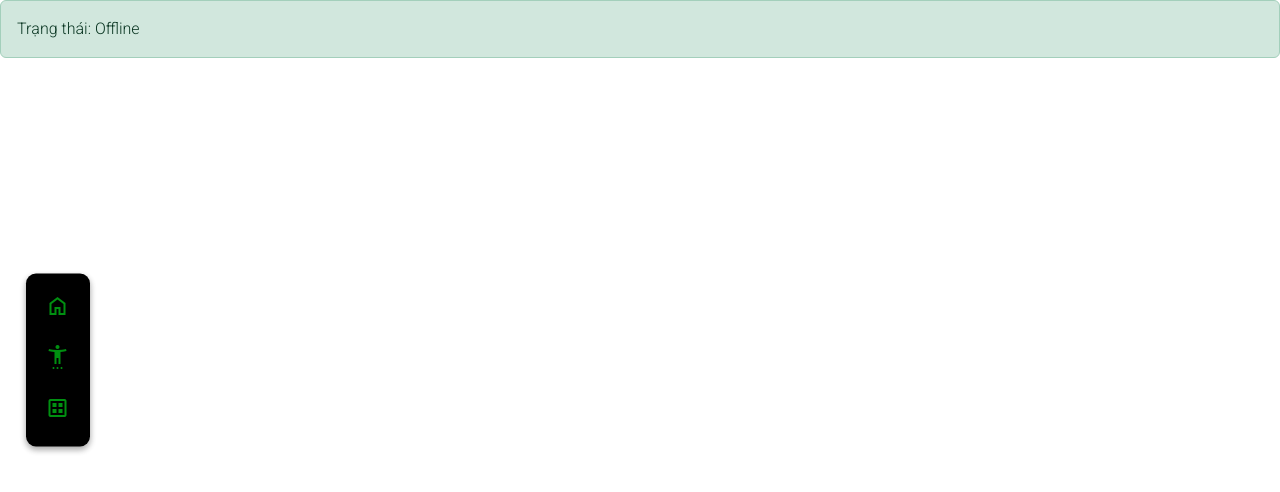
Repository: tuankiet10920/homeworkFEF
Page: /about
The author's editor kept a copy of each file at every save. The page is drawn from the files as they stood at one save, then again after the next save.
The browser window is 1280 px wide. The pictures show the whole page.
The project was rebuilt for these pictures with package versions that can differ from the ones it lists, and the page was loaded fresh each time. Also part of the build but not shown: vite.config.js, src/views/HomeView.vue. Imported but missing from the stored project, and not drawn on this page: src/assets/audio/intro.mp3.

Above is the page before, as saved 2024-10-25 23:03:16.

### index.html
<!doctype html>
<html lang="en">
  <head>
    <meta charset="UTF-8" />
    <link rel="icon" href="/favicon.ico" />
    <meta name="viewport" content="width=device-width, initial-scale=1.0" />
    <link
      href="https://cdn.jsdelivr.net/npm/bootstrap@5.3.3/dist/css/bootstrap.min.css"
      rel="stylesheet"
      integrity="sha384-QWTKZyjpPEjISv5WaRU9OFeRpok6YctnYmDr5pNlyT2bRjXh0JMhjY6hW+ALEwIH"
      crossorigin="anonymous"
    />
    <link
      rel="stylesheet"
      href="https://fonts.googleapis.com/css2?family=Material+Symbols+Outlined:opsz,wght,FILL,GRAD@20..48,100..700,0..1,-50..200"
    />
    <link rel="preconnect" href="https://fonts.googleapis.com" />
    <link rel="preconnect" href="https://fonts.gstatic.com" crossorigin />
    <link
      href="https://fonts.googleapis.com/css2?family=Roboto:ital,wght@0,100;0,300;0,400;0,500;0,700;0,900;1,100;1,300;1,400;1,500;1,700;1,900&display=swap"
      rel="stylesheet"
    />
    <title>Vite App</title>
    <link rel="stylesheet" href="./src/assets/css/main.css" />
  </head>
  <body>
    <div id="app"></div>
    <script
      src="https://cdn.jsdelivr.net/npm/bootstrap@5.3.3/dist/js/bootstrap.bundle.min.js"
      integrity="sha384-YvpcrYf0tY3lHB60NNkmXc5s9fDVZLESaAA55NDzOxhy9GkcIdslK1eN7N6jIeHz"
      crossorigin="anonymous"
    ></script>
    <script type="module" src="/src/main.js"></script>
  </body>
</html>

### src/assets/css/main.css
* {
  margin: 0;
  padding: 0;
  box-sizing: border-box;
  text-decoration: none;
  color: #000;
  font-size: 16px;
  font-family: 'Roboto', sans-serif;
  font-weight: 300;
  font-style: normal;
}

### src/App.vue
<script setup>
import { RouterLink, RouterView } from 'vue-router'
import GetSrcImage from './assets/help/getSrcImage.js'
import Icon from './components/Icon.vue'
</script>

<template>
  <header>
    <div class="wrapper">
      <nav>
        <RouterLink to="/">
          <Icon iconName="home" />
        </RouterLink>

        <RouterLink to="/about">
          <Icon iconName="settings_accessibility" />
        </RouterLink>

        <RouterLink to="/labs">
          <Icon iconName="dataset" />
        </RouterLink>
      </nav>
    </div>
  </header>
  <RouterView />
</template>

<style scoped>
.wrapper nav a {
  margin-bottom: 20px;
  width: fit-content;
  text-decoration: none;
}
.wrapper nav a span {
  color: #009011;
}
.wrapper nav a:last-child {
  margin-bottom: 0;
}
nav {
  display: flex;
  flex-direction: column;
  justify-content: center;
  position: absolute;
  top: 50%;
  left: 2%;
  transform: translateY(-50%);
  padding: 20px;
  border-radius: 10px;
  background: #000;
  box-shadow:
    rgba(0, 0, 0, 0.16) 0px 3px 6px,
    rgba(0, 0, 0, 0.23) 0px 3px 6px;
}
</style>

### src/router/index.js
import { createRouter, createWebHistory } from 'vue-router'
import HomeView from '../views/HomeView.vue'

const router = createRouter({
  history: createWebHistory(import.meta.env.BASE_URL),
  routes: [
    {
      path: '/',
      name: 'home',
      component: HomeView,
    },
    {
      path: '/about',
      name: 'about',
      // route level code-splitting
      // this generates a separate chunk (About.[hash].js) for this route
      // which is lazy-loaded when the route is visited.
      component: () => import('../views/AboutView.vue'),
    },
    {
      path: '/labs',
      name: 'labs',
      component: () => import('../views/LabView.vue'),
    }
  ],
})

export default router

### src/assets/help/getSrcImage.js
const getSrcImage = (image) => {
    let __path = 'http://localhost:5173/src/assets/img/'
    return __path + image
}
export default getSrcImage

### src/components/Icon.vue
<script setup>
const props = defineProps(['iconName'])
</script>
<template>
  <span class="material-symbols-outlined"> {{ props.iconName }} </span>
</template>
<style scoped></style>

### src/views/AboutView.vue
<script setup>
import Bai1 from '../Labs/Lab6/Bai1.vue'
</script>
<template>
  <Bai1 />
</template>

<style></style>

### src/Labs/Lab6/Bai1.vue
<template>
  <div class="alert" :class="statusClass">
    Trạng thái: {{ isOnline ? 'Online' : 'Offline' }}
  </div>
</template>
<script setup>
import { ref, onMounted, onUnmounted } from 'vue'
const isOnline = ref(false)
const statusClass = ref('alert-success')
const updateStatus = () => {
  // navigator is an object includes online property
  isOnline.value = navigator.onLine
  // update statusClass by isOnline value
  statusClass.value = isOnline.value ? 'alert-success' : 'alert-danger'
}
onMounted(() => {
  //   window.addEventListener('online', updateStatus)
  //   window.addEventListener('offline', updateStatus)
  //   updateStatus()
})
onUnmounted(() => {
  window.removeEventListener('online', updateStatus)
  window.removeEventListener('offline', updateStatus)
  console.log('unmounted hook')
})
</script>

Loaded but not shown: src/main.js (common file)

After the next save:
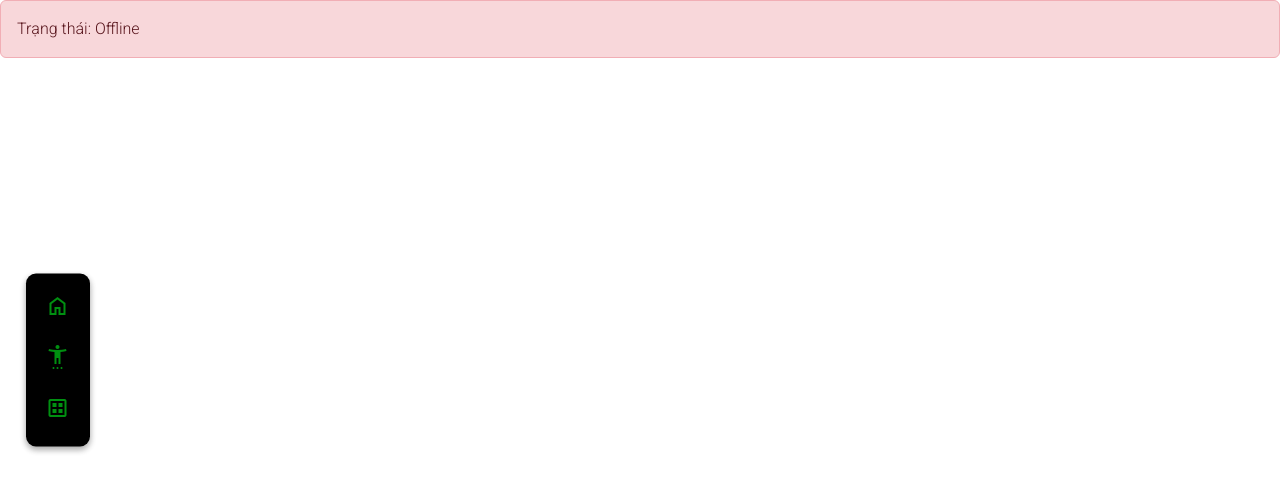
Saved 21 s later.
--- a/src/Labs/Lab6/Bai1.vue
+++ b/src/Labs/Lab6/Bai1.vue
@@ -6,7 +6,7 @@
 <script setup>
 import { ref, onMounted, onUnmounted } from 'vue'
 const isOnline = ref(false)
-const statusClass = ref('alert-success')
+const statusClass = ref('alert-danger')
 const updateStatus = () => {
   // navigator is an object includes online property
   isOnline.value = navigator.onLine

After the save that followed:
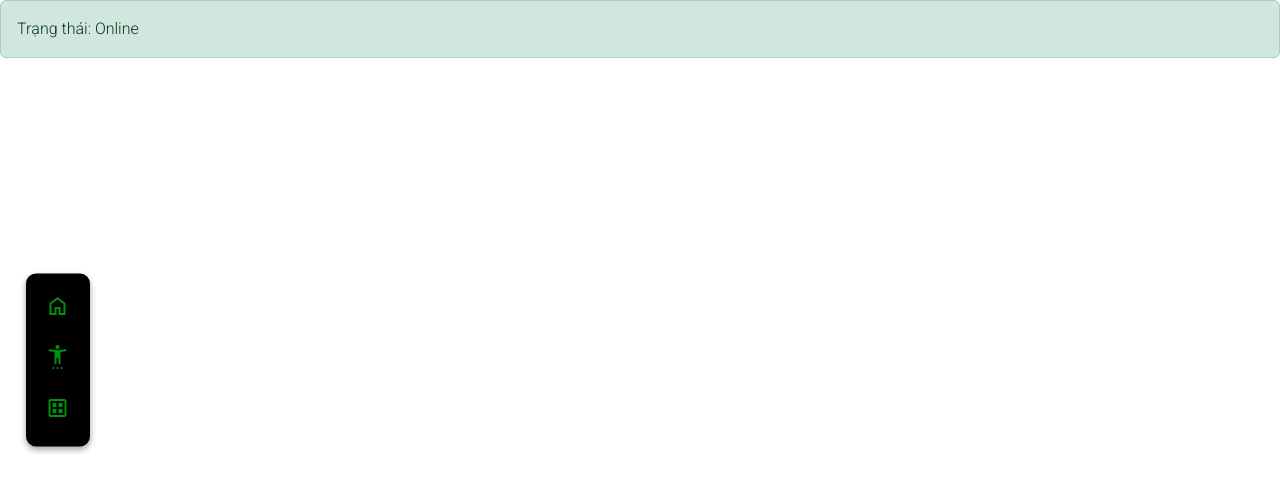
Saved 27 s later.
--- a/src/Labs/Lab6/Bai1.vue
+++ b/src/Labs/Lab6/Bai1.vue
@@ -14,9 +14,9 @@ const updateStatus = () => {
   statusClass.value = isOnline.value ? 'alert-success' : 'alert-danger'
 }
 onMounted(() => {
-  //   window.addEventListener('online', updateStatus)
-  //   window.addEventListener('offline', updateStatus)
-  //   updateStatus()
+  window.addEventListener('online', updateStatus)
+  window.addEventListener('offline', updateStatus)
+  updateStatus()
 })
 onUnmounted(() => {
   window.removeEventListener('online', updateStatus)
